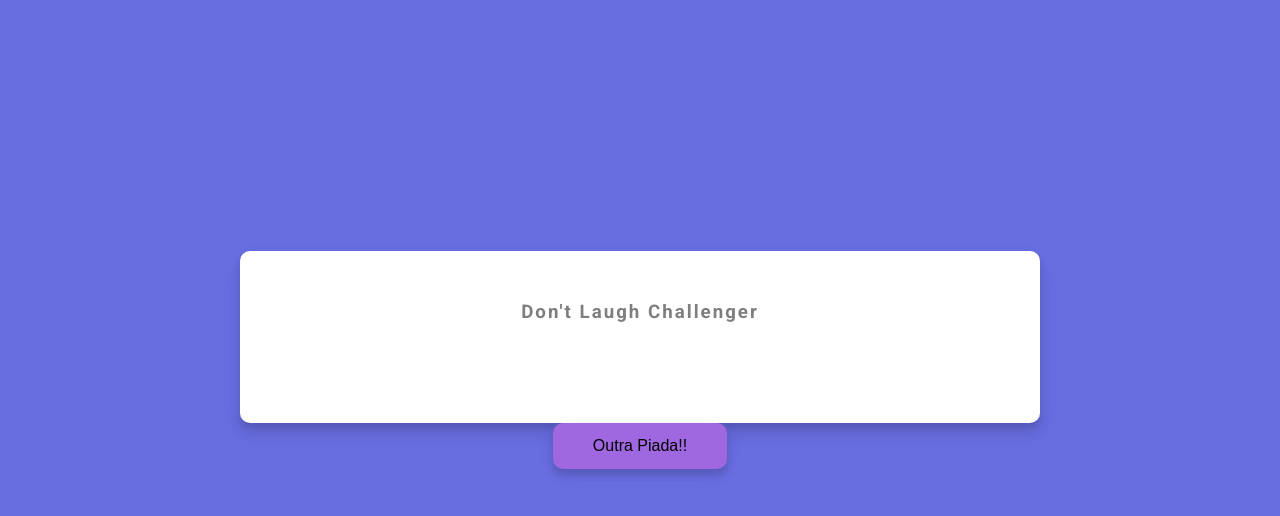
Repository: Williamlmachado/Dad-Jokes
Page: index.html
An editor plug-in stored every save of this project. The page is shown before and after the next save, followed by the edit.
The browser window is 1280 px wide. The pictures show the whole page.

Above is the page before, as saved 2021-08-21 13:06:04.

### index.html
<!DOCTYPE html>
<html lang="en">
    <head>
        <meta charset="UTF-8"/>
        <meta name="viewport" content="width=device-width, initial-scale=1.0"/>
        <link rel="stylesheet" href="style.css"/>
        <title>JoK3s</title>
    </head>
    <body>
        <div class="container">
            <h3>Don't Laugh Challenger</h3>
            <div id="joke" class="joke"></div>
        </div>
        <button id="jokeBtn" class="btn">Outra Piada!!</button>
        <script></script>
    </body>
</html>

### style.css
@import url('https://fonts.googleapis.com/css2?family=Roboto:wght@400;700&display=swap');

* {
  box-sizing: border-box;
}

body {
  background-color: #686de0;
  font-family: 'Roboto', sans-serif;
  display: flex;
  flex-direction: column;
  align-items: center;
  justify-content: center;
  height: 100vh;
  overflow: hidden;
  margin: 0;
  padding: 20px;
}
.container {
    background-color: #fff;
    border-radius: 10px;
    box-shadow: 0 10px 20px rgba(0, 0, 0, 0.1), 0 6px 6px rgba(0, 0, 0, 0.1);
    padding: 50px 20px;
    text-align: center;
    max-width: 100%;
    width: 800px;
  }

  h3 {
    margin: 0;
    opacity: 0.5;
    letter-spacing: 2px;
  letter-spacing: 2px;
}
.joke{
    font-size: 30px;
    letter-spacing: 1px;
    line-height: 40px;
    margin: 50px auto;
    max-width: 600px;
}
.btn{
    background-color: #9f68E0;
    border: 0;
    border-radius: 10px;
    box-shadow: 0 5px 15px rgba(0, 0, 0, 0.1), 0 6px 6px rgba(0, 0, 0, 0.1);
    padding: 14px 40px;
    font-size: 16px;
    cursor: pointer;
}
.btn:active{
    transform: scale();
}
.btn:focus{
    outline: 0;
}

After the next save:
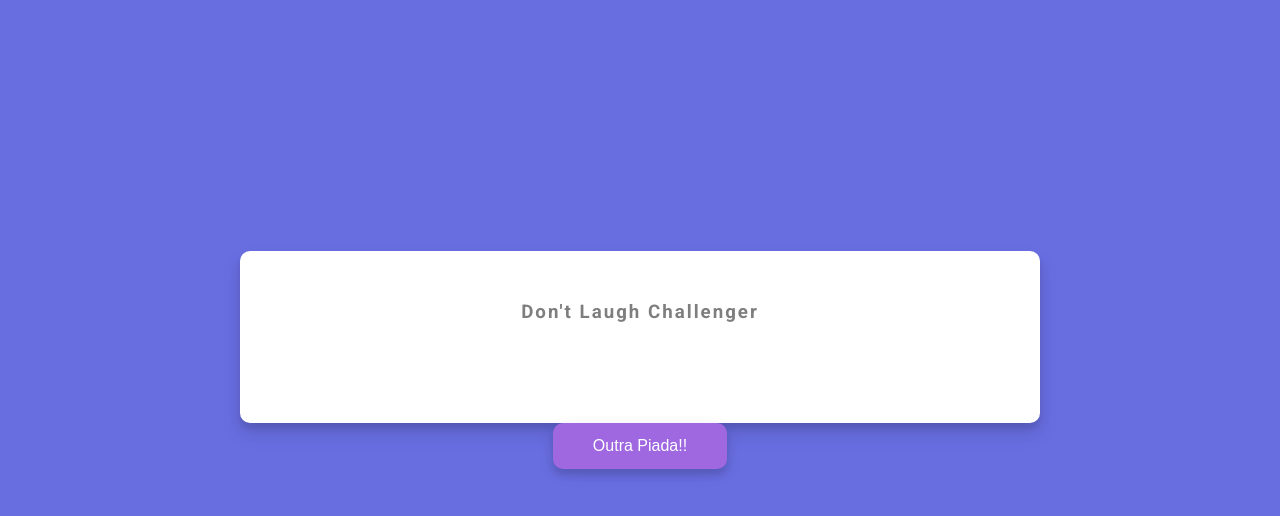
Saved 13 s later.
--- a/style.css
+++ b/style.css
@@ -32,22 +32,24 @@ body {
     letter-spacing: 2px;
   letter-spacing: 2px;
 }
-.joke{
+.joke {
     font-size: 30px;
     letter-spacing: 1px;
     line-height: 40px;
     margin: 50px auto;
     max-width: 600px;
-}
-.btn{
-    background-color: #9f68E0;
+  }
+
+  .btn {
+    background-color: #9f68e0;
+    color: #fff;
     border: 0;
     border-radius: 10px;
     box-shadow: 0 5px 15px rgba(0, 0, 0, 0.1), 0 6px 6px rgba(0, 0, 0, 0.1);
     padding: 14px 40px;
     font-size: 16px;
     cursor: pointer;
-}
+  }
 .btn:active{
     transform: scale();
 }
